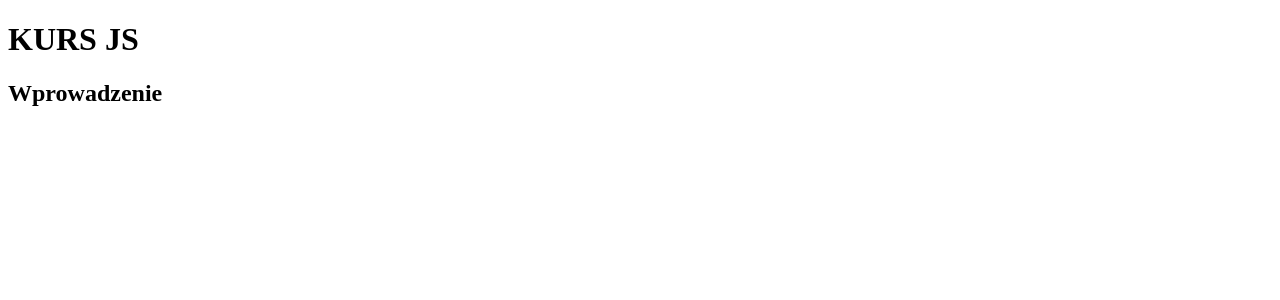
Repository: KasiaJakubowska/square-and-circle
Page: index.html
An editor plug-in stored every save of this project. The page is shown before and after the next save, followed by the edit.
The browser window is 1280 px wide. The pictures show the whole page.

Above is the page before, as saved 2019-02-10 12:27:15.

### index.html
<!DOCTYPE html>
<html lang="en">

<head>
    <meta charset="UTF-8">
    <meta name="viewport" content="width=device-width, initial-scale=1.0">
    <meta http-equiv="X-UA-Compatible" content="ie=edge">
    <title>Document</title>
</head>

<body>
   <h1>KURS JS</h1>
   <h2>Wprowadzenie</h2>
   <script src="code.js"></script>

</body>

</html>

### code.js
console.log("działa");

After the next save:
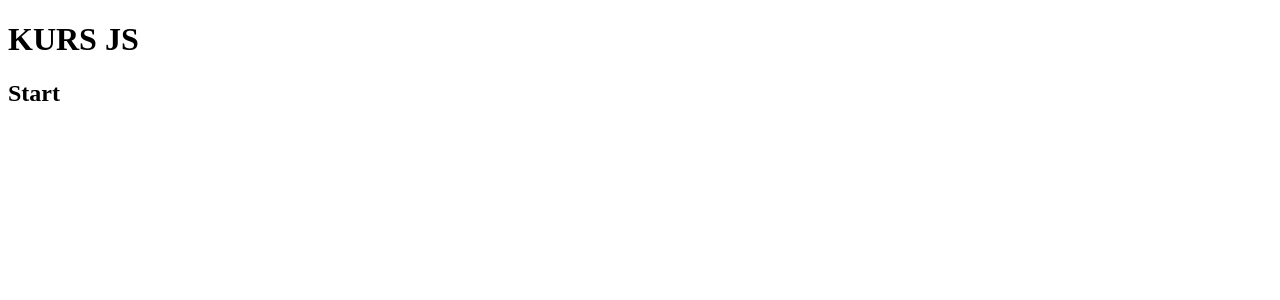
Saved 116 s later.
--- a/index.html
+++ b/index.html
@@ -10,7 +10,7 @@
 
 <body>
    <h1>KURS JS</h1>
-   <h2>Wprowadzenie</h2>
+   <h2>Start</h2>
    <script src="code.js"></script>
 
 </body>
